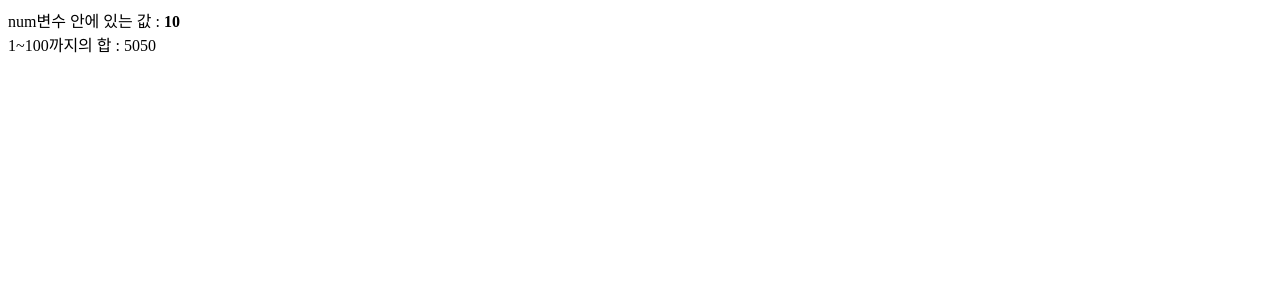
Repository: HeonchanKim/smhrd_jsp
Page: http://localhost/JSP/ex01.jsp
These files come from the project's save history. The page is drawn as it stood at one moment and after the next save; the edit follows.
The browser window is 1280 px wide. The pictures show the whole page.
The page is served by Tomcat 9.

Above is the page before, as saved 2022-01-28 05:32:51.

After the next save:
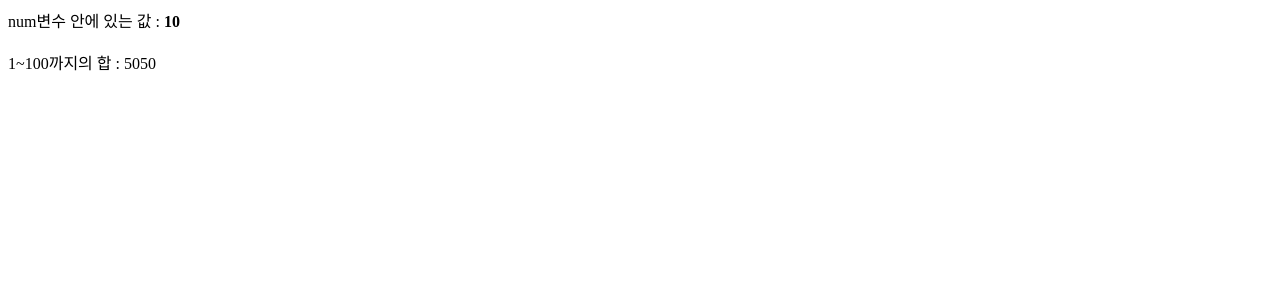
Saved 3 min 47 s later.
--- a/JSP/src/main/webapp/ex01.jsp
+++ b/JSP/src/main/webapp/ex01.jsp
@@ -29,7 +29,7 @@
 		}
 
 	%>
-	<br>1~100까지의 합 : <%= sum %>
+	<br><br>1~100까지의 합 : <%= sum %>
 
 
 
